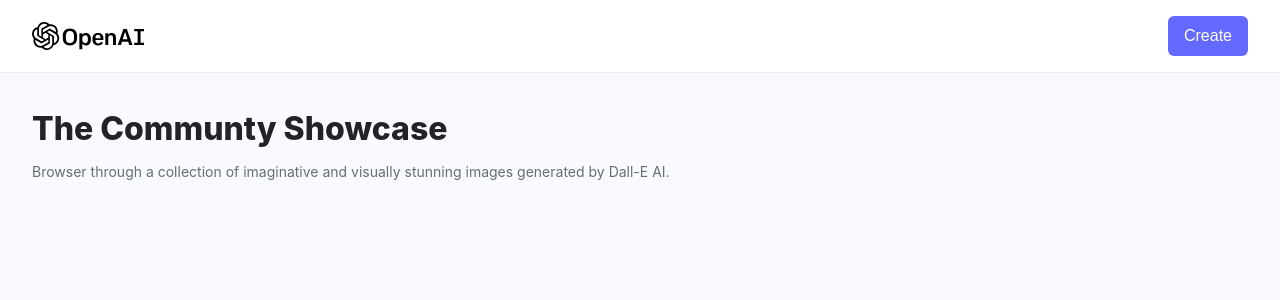
Repository: TheHumanistX/MERN-dall-e
Page: / (app in client/)
The author's editor kept a copy of each file at every save. The page is drawn from the files as they stood at one save, then again after the next save.
The browser window is 1280 px wide. The pictures show the whole page.
Some web fonts or font styles are not loaded; a fallback is used. The project was rebuilt for these pictures with package versions that can differ from the ones it lists, and the page was loaded fresh each time. Also part of the build but not shown: client/vite.config.js, client/src/App.css, client/src/pages/CreatePost.jsx, client/src/components/Card.jsx, client/src/components/FormField.jsx, client/src/components/Loader.jsx.

Above is the page before, as saved 2023-08-11 13:12:28.

After the next save:
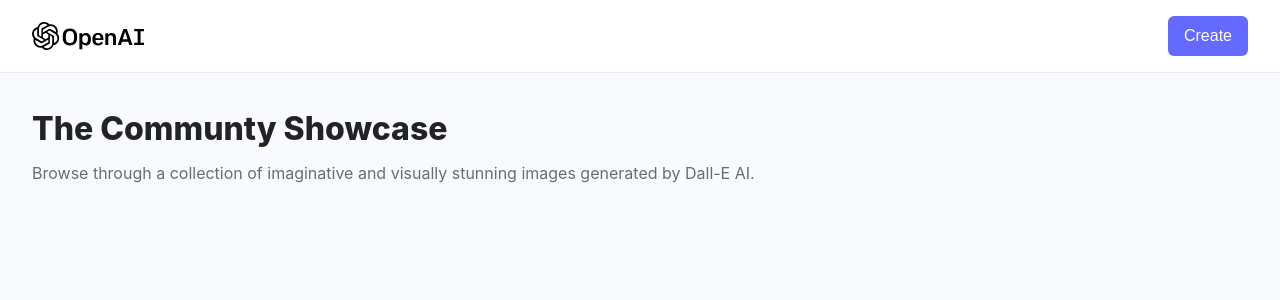
Saved 16 s later.
--- a/client/src/pages/Home.jsx
+++ b/client/src/pages/Home.jsx
@@ -15,8 +15,8 @@
             <h1 className='font-extrabold text-[#222328] text-[32px]'>
                 The Communty Showcase
             </h1>
-            <p className='mt-2 text-[#666e75] text-[14px] max-w[500px]'>
-                Browser through a collection of imaginative and visually stunning images generated by Dall-E AI.
+            <p className='mt-2 text-[#666e75] text-[16px] max-w[500px]'>
+                Browse through a collection of imaginative and visually stunning images generated by Dall-E AI.
             </p>
         </div>
     </section>
